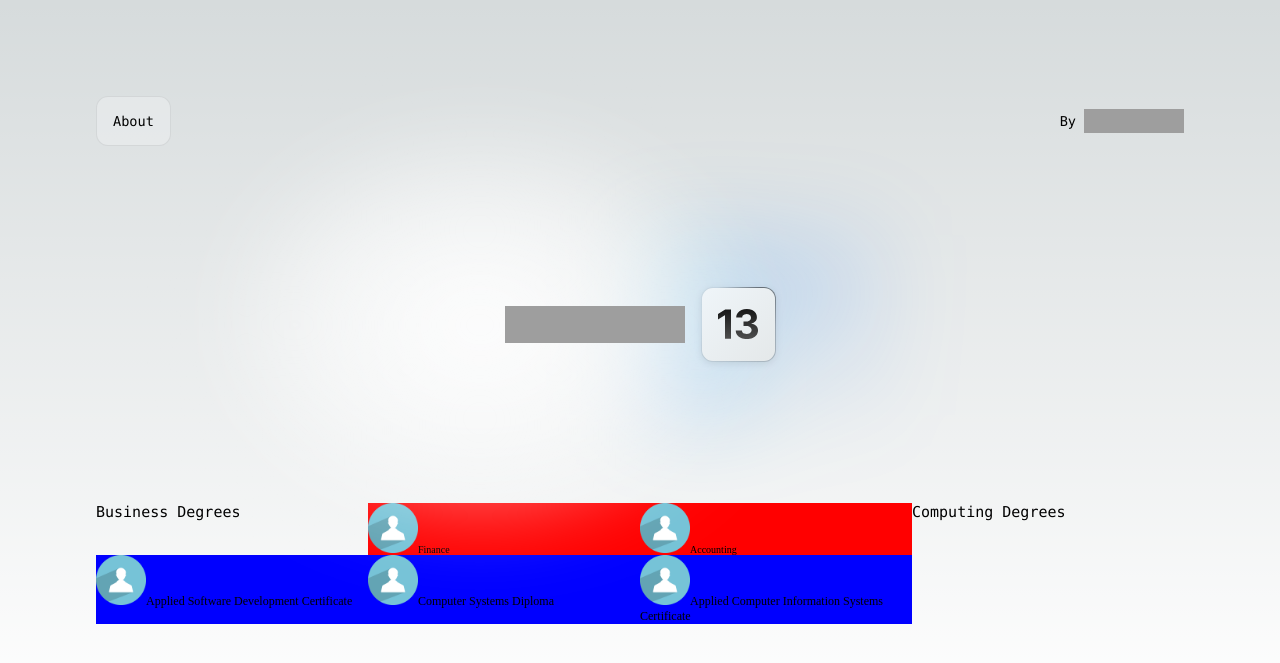
Repository: TeoEstrada9/Week-3-example
Page: /
These files come from the project's save history. The page is drawn as it stood at one moment and after the next save; the edit follows.
The browser window is 1280 px wide. The pictures show the whole page.
Pictures or frames that could not be fetched are drawn as grey boxes. The project was rebuilt for these pictures with package versions that can differ from the ones it lists, and the page was loaded fresh each time. The framework's server and built-in components were replaced by stand-ins that run in the browser. Also part of the build but not shown: next.config.js.

Above is the page before, as saved 2023-01-18 20:04:23.

After the next save:
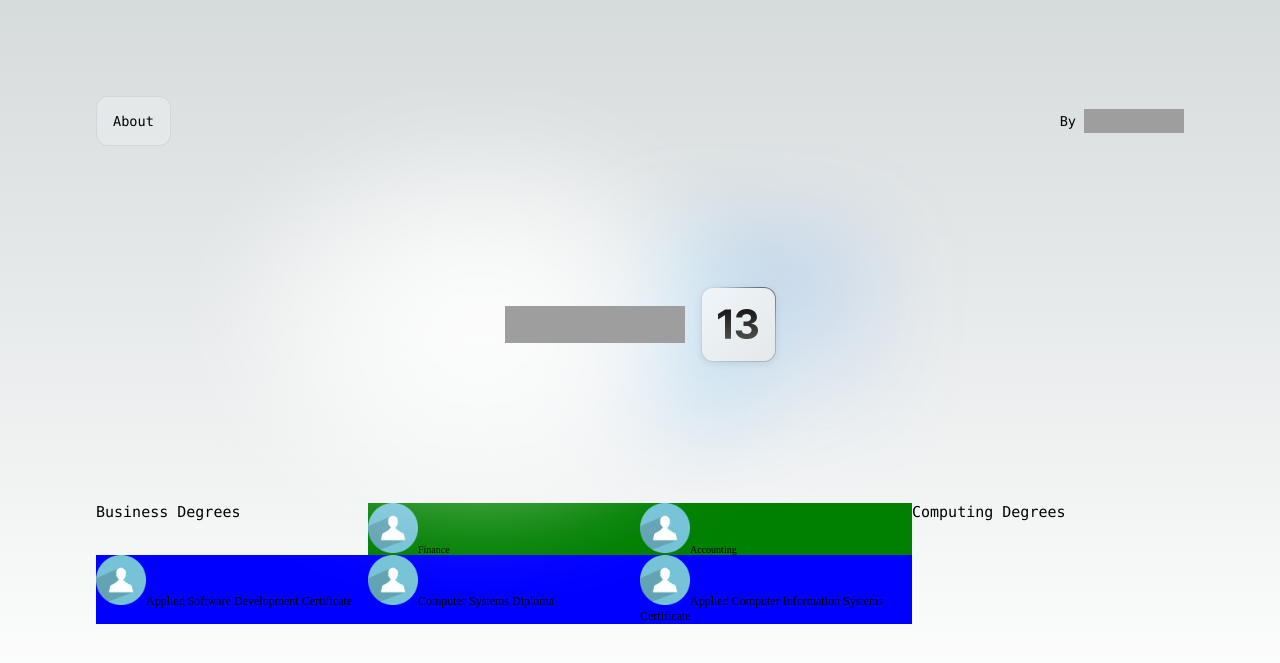
Saved 13 s later.
--- a/pages/index.js
+++ b/pages/index.js
@@ -73,7 +73,7 @@
           {information && information.map((info, index) => {
             if(info.department === "Business")
             return(
-              <Card key={index} degree={info.degree} colour="red" font="10px"/>
+              <Card key={index} degree={info.degree} colour="green" font="10px"/>
             )
 
           })}
